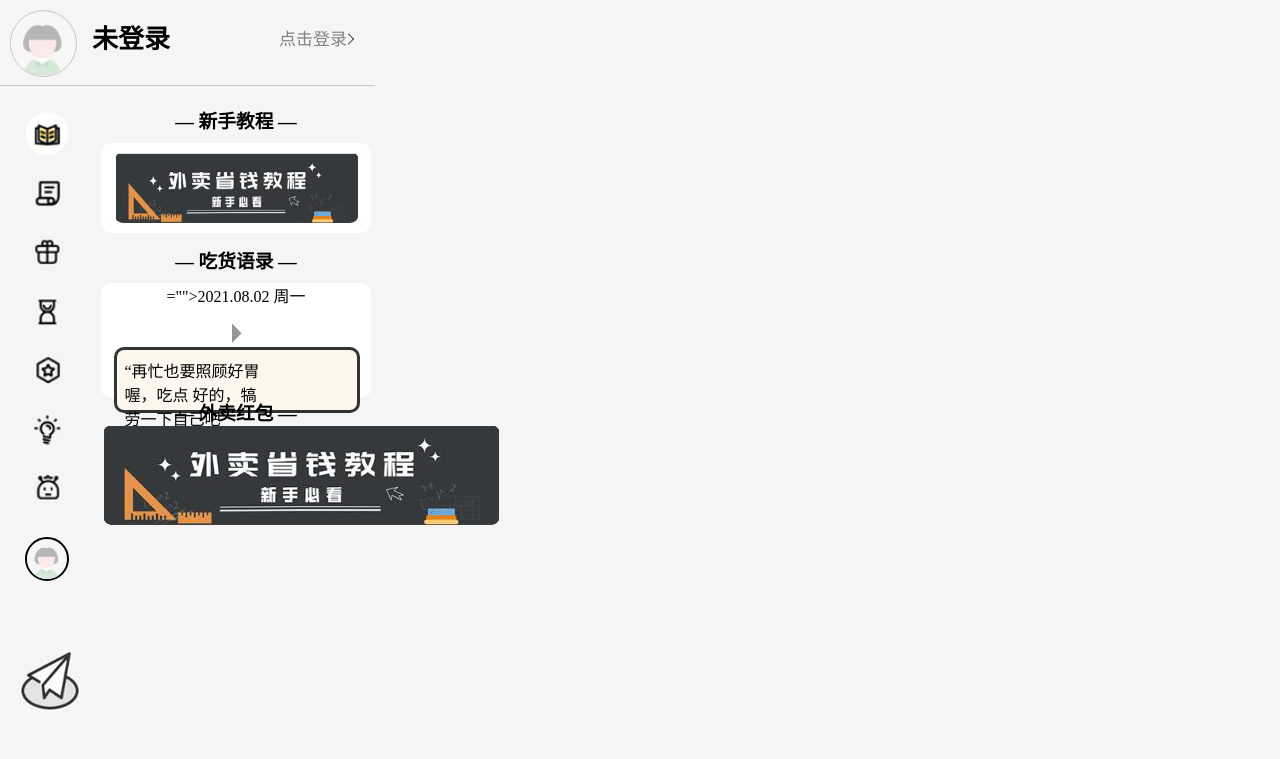
Repository: Privatexiao/projects
Page: Takeout assistant/index.html
The author's editor kept a copy of each file at every save. The page is drawn from the files as they stood at one save, then again after a run of saves.
The browser window is 1280 px wide. The pictures show the whole page.

Above is the page before, as saved 2021-08-02 17:34:17.

After the next 2 saves:
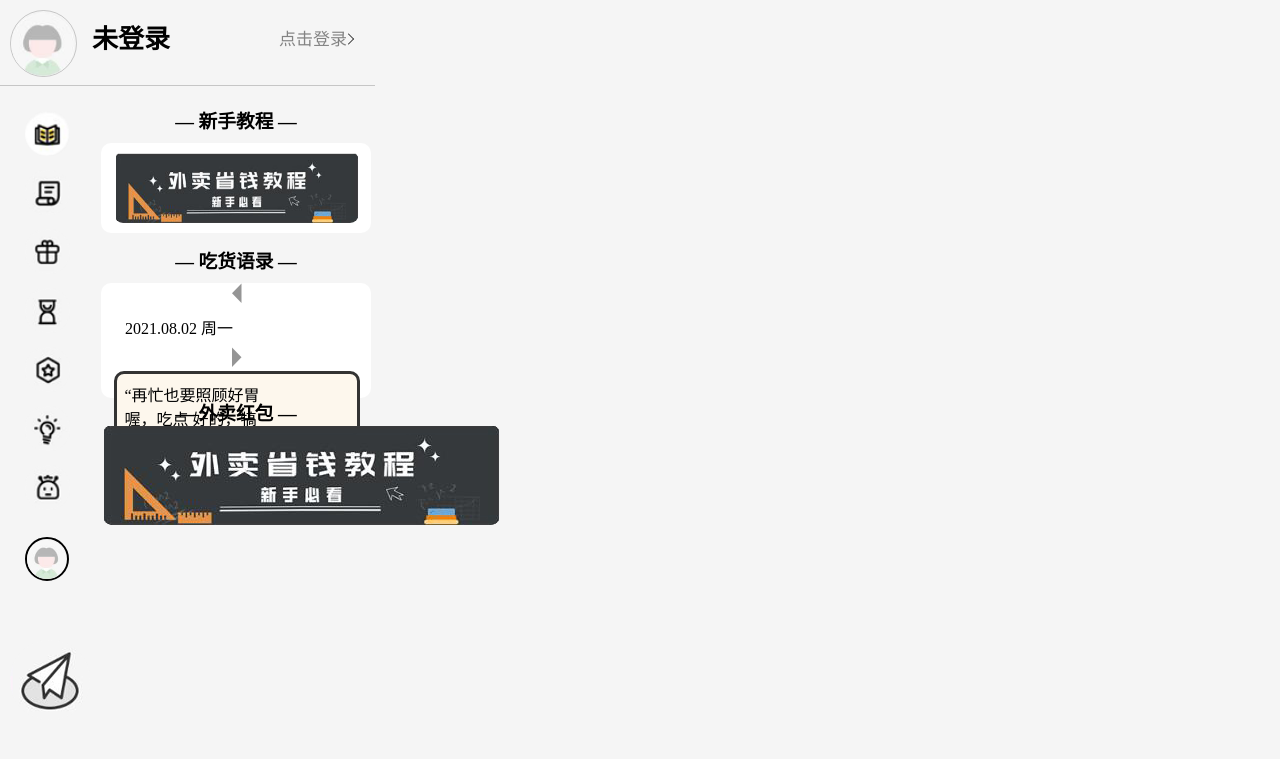
The 2 saves are shown as one change because they came seconds apart.
The last was saved 6 s later.
--- a/Takeout assistant/index.html
+++ b/Takeout assistant/index.html
@@ -64,7 +64,7 @@
         <div class="VersionQuotation"><a name="top2">
             <h3>—&nbsp;吃货语录&nbsp;—</h3>
             <div class="chyl_bj">
-                <img src="img/"<p>2021.08.02&nbsp;周一</p><img src="img/右边三角形.png">
+                <img src="img/左边三角形.png"><p>2021.08.02&nbsp;周一</p><img src="img/右边三角形.png">
                 <div class="chyl_nr">
                     <p>“再忙也要照顾好胃喔，吃点&nbsp;好的，犒劳一下自己吧</p>
                 </div>
